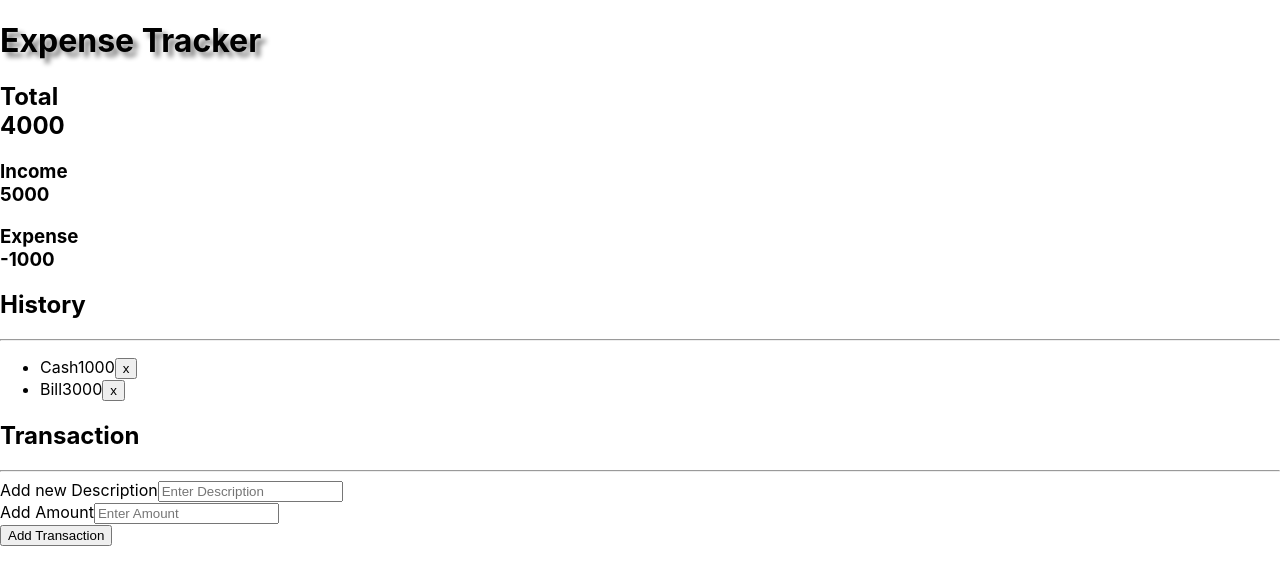
Repository: nimra555/expense-tracker-app
Page: /
The author's editor kept a copy of each file at every save. The page is drawn from the files as they stood at one save, then again after a run of saves.
The browser window is 1280 px wide. The pictures show the whole page.
The project was rebuilt for these pictures with package versions that can differ from the ones it lists, and the page was loaded fresh each time.

Above is the page before, as saved 2020-08-24 08:59:02.

### src/App.js
import React from "react";
import "./App.css";
import Parent from "./Parent";
import { TransactionProvider } from "./Transcontext";

function App() {
  return (
    <TransactionProvider>
      <div>
        <Parent />
      </div>
    </TransactionProvider>
  );
}

export default App;

// import React from 'react';
// import './App.css';
// import { TransactionProvider } from './Transcontext.js';
// import Parent from './Parent.js';

// function App() {

//   return (
//     <TransactionProvider>
//       <div>
//         <Parent />
//       </div>
//     </TransactionProvider>
//   );
// }

// export default App;

### src/Parent.js
import React from 'react';
import Child from './Child'

function Parent(){
   return(
    <div>
      <Child />
    </div>
   )
}

export default Parent;

### src/Transcontext.js
import React, { createContext, useReducer } from "react";
import TransactionReducer from "./TransReducer";

// create initial state
const Initialtransaction = {
  transaction: [
    { description: "Cash", amount: 1000, id: 1 },
    { description: "Bill", amount: 3000, id: 2 },
  ],
};

// create the global context
export const global_transaction = createContext(Initialtransaction);

// create the provider for the expense context
export function TransactionProvider({ children }) {
  let [state, dispatch] = useReducer(TransactionReducer, Initialtransaction);

  function addTrans(trans) {
    dispatch({
      type: "Add_Transaction",
      payload: {
        description: trans.description,
        amount: trans.amount,
        id: trans.id,
      },
    });
  }

  function deleteTrans(id) {
    dispatch({
      type: "DELETE",
      payload: id,
    });
  }

  return (
    <global_transaction.Provider
      value={{
        Addtransaction: state,
        addTrans,
        deleteTrans,
      }}
    >
      {/* Your Code  */}
      {/* {{children}} */}
      {/* Update Code */}
      {children}
    </global_transaction.Provider>
  );
}

// import React, { createContext, useReducer }  from 'react';
// import TransactionReducer from "./Transreducer";

// // create initial state
// const initialTransaction = {
//     transaction: [
//         { amount: 2500, description: "Cash" , id: 1 },
//         { amount: -200, description: "Book" ,id:2 },
//         { amount: -800, description: "Watch" ,id :3 }
//     ]
// }

// // create the expense context
// export const ExpenseContext = createContext(initialTransaction);

// // create the provider for the expense context

// export const TransactionProvider = ({children}) => {
//     let [state,dispatch] = useReducer(TransactionReducer, initialTransaction);

//     function addTransaction(transObj){
//         dispatch({
//             type:"ADD_Transaction",
//             payload:{
//                 amount:transObj.amount,
//                 description:transObj.description,
//                 id: transObj.id
//             },
//         })
//     }

//     function deleteTransaction(id){
//         dispatch({
//             type:'Delete',
//             payload: id
//         })
//     }

//     return(
//         <ExpenseContext.Provider value={{
//             transaction:state.transaction,
//             addTransaction,
//             deleteTransaction
//         }}>
//             {children}
//         </ExpenseContext.Provider>
//     )
// };

### src/Child.js
import React from "react";
import Header from "./Header";
import Main from "./Main";

function Child() {
  return (
    <div>
      <Header />
      <Main />
    </div>
  );
}

export default Child;

### src/TransReducer.js
const TransactionReducer = (state, action) => {
  switch (action.type) {
    case "Add_Transaction": {
      return {
        ...state,
        // remove... from ...action.payload
        transaction: [action.payload, ...state.transaction],
      };
    }
    case "DELETE": {
      return {
        ...state,
        transaction: state.transaction.filter(
          (trans) => trans.id !== action.payload
        ),
      };
    }
    default:
      return state;
  }
};

export default TransactionReducer;

### src/Header.js
import React from 'react';

function Header() {
    return (
        <div className="header">
            <div>
                <h1>Expense Tracker</h1>
            </div>
        </div>
    )
}

export default Header;

### src/Main.js
import React, { useContext, useState } from "react";
import { global_transaction } from "./Transcontext";

function Main() {
  let { Addtransaction, addTrans, deleteTrans } = useContext(
    global_transaction
  );

  // create state for description and amount
  let [newDes, setDes] = useState("");

  let [newAmount, setAmount] = useState(0);

  let AddnewTrans = (event) => {
    event.preventDefault();
    if (Number(newAmount) === 0) {
      alert("Please enter correct value");
    }
    return false;
  };

  const addTaransactionHandler = () => {
    addTrans({
      description: newDes,
      amount: newAmount,
      id: Math.floor(Math.random() * 10000000),
    });
  };
  // ------this one make issue in the app-------
  //   addTrans({
  //     description: newDes,
  //     amount: newAmount,
  //     id: Math.floor(Math.random() * 10000000),
  //   });
  //   ------end-------

  // income and expense amount

  // function addIncome() {
  //     let income = 0;
  //     for (let i = 0; i < Addtransaction.length; i++) {
  //         if (Addtransaction[i].amount > 0) {
  //             income += Addtransaction[i].amount
  //         }
  //     }
  //     return income;
  // }

  // function addExpense() {
  //     let expense = 0;
  //     for (let e = 0; e < Addtransaction.length; e++) {
  //         if (Addtransaction[e].amount < 0) {
  //             expense += Addtransaction[e].amount
  //         }
  //     }
  //     return expense;
  // }

  return (
    <div>
      {/* balance component */}
      <h2>
        Total <br /> 4000{" "}
      </h2>
      {/* account summary */}
      <div className="data">
        <h3>
          Income <br /> 5000{" "}
        </h3>
        <h3>
          Expense <br /> -1000{" "}
        </h3>
      </div>
      {/* transaction history */}
      <div className="history">
        <h2>History</h2>
        <hr />
        <ul>
          {console.log(Addtransaction)}
          {Addtransaction.transaction.map((trans) => {
            return (
              <li>
                <span>{trans.description}</span>
                <span>{trans.amount}</span>
                <button
                  onClick={() => {
                    deleteTrans(trans.id);
                  }}
                >
                  x
                </button>
              </li>
            );
          })}
          {/* {Addtransaction.map((trans) => {
            return (
              <li>
                <span>{trans.description}</span>
                <span>{trans.amount}</span>
                <button
                  onClick={() => {
                    deleteTrans(trans.id);
                  }}
                >
                  x
                </button>
              </li>
            );
          })} */}
        </ul>
      </div>
      {/* addTransaction component  */}
      <div className="transaction">
        <h2> Transaction </h2>
        <hr />
        <form onSubmit={AddnewTrans}>
          <label>
            Add new Description
            <input
              type="text"
              placeholder="Enter Description"
              required
              onChange={(event) => {
                setDes(event.target.value);
              }}
            />
          </label>
          <br />
          <label>
            Add Amount
            <input
              type="amount"
              placeholder="Enter Amount"
              required
              onChange={(event) => {
                setAmount(event.target.value);
              }}
            />
          </label>
          <br />
        </form>
      </div>

      {/* <button>Add Transaction</button> */}
      <button onClick={addTaransactionHandler}>Add Transaction</button>
    </div>
  );
}

export default Main;

Loaded but not shown: public/index.html (common file); src/index.js (common file); src/index.css (common file); src/serviceWorker.js (common file); src/App.css (common file)

After the next 3 saves:
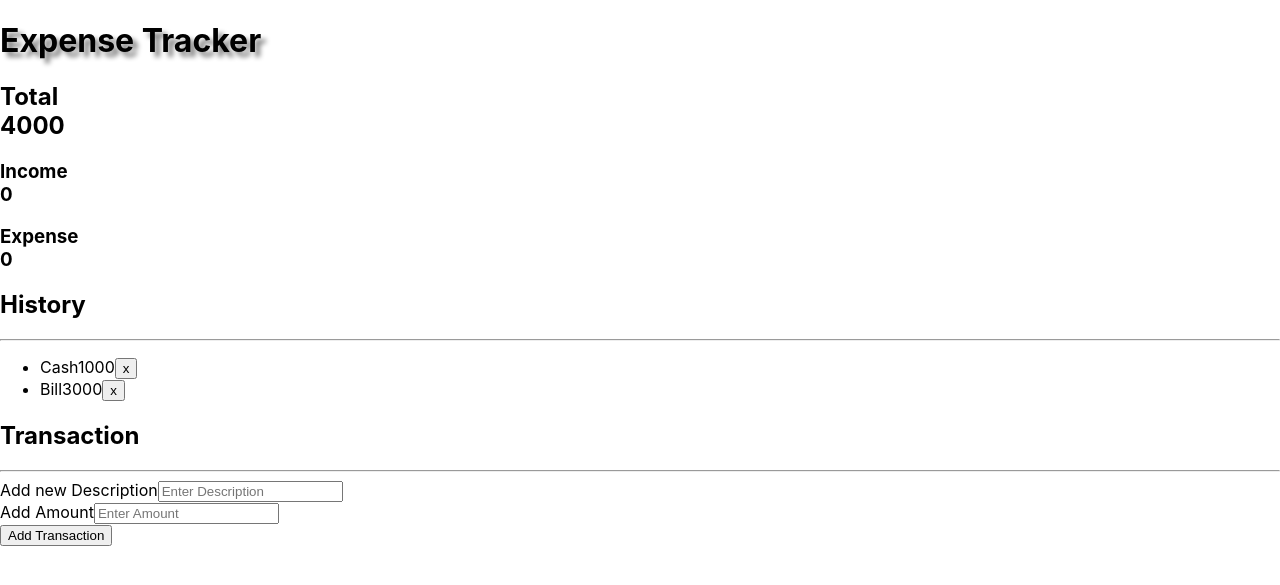
The 3 saves are shown as one change because 2 did not build or start.
The last was saved 4 min 41 s later.
--- a/src/Main.js
+++ b/src/Main.js
@@ -36,25 +36,25 @@ function Main() {
 
   // income and expense amount
 
-  // function addIncome() {
-  //     let income = 0;
-  //     for (let i = 0; i < Addtransaction.length; i++) {
-  //         if (Addtransaction[i].amount > 0) {
-  //             income += Addtransaction[i].amount
-  //         }
-  //     }
-  //     return income;
-  // }
+  function addIncome() {
+    let income = 0;
+    for (let i = 0; i < Addtransaction.length; i++) {
+      if (Addtransaction[i].amount > 0) {
+        income += Addtransaction[i].amount;
+      }
+    }
+    return income;
+  }
 
-  // function addExpense() {
-  //     let expense = 0;
-  //     for (let e = 0; e < Addtransaction.length; e++) {
-  //         if (Addtransaction[e].amount < 0) {
-  //             expense += Addtransaction[e].amount
-  //         }
-  //     }
-  //     return expense;
-  // }
+  function addExpense() {
+    let expense = 0;
+    for (let e = 0; e < Addtransaction.length; e++) {
+      if (Addtransaction[e].amount < 0) {
+        expense += Addtransaction[e].amount;
+      }
+    }
+    return expense;
+  }
 
   return (
     <div>
@@ -65,10 +65,10 @@ function Main() {
       {/* account summary */}
       <div className="data">
         <h3>
-          Income <br /> 5000{" "}
+          Income <br /> {addIncome()}
         </h3>
         <h3>
-          Expense <br /> -1000{" "}
+          Expense <br /> {addExpense()}
         </h3>
       </div>
       {/* transaction history */}
@@ -92,7 +92,8 @@ function Main() {
               </li>
             );
           })}
-          {/* {Addtransaction.map((trans) => {
+        </ul>
+        {/* {Addtransaction.map((trans) => {
             return (
               <li>
                 <span>{trans.description}</span>
@@ -106,10 +107,11 @@ function Main() {
                 </button>
               </li>
             );
-          })} */}
+          })}
         </ul>
       </div>
       {/* addTransaction component  */}
+      </div>
       <div className="transaction">
         <h2> Transaction </h2>
         <hr />
